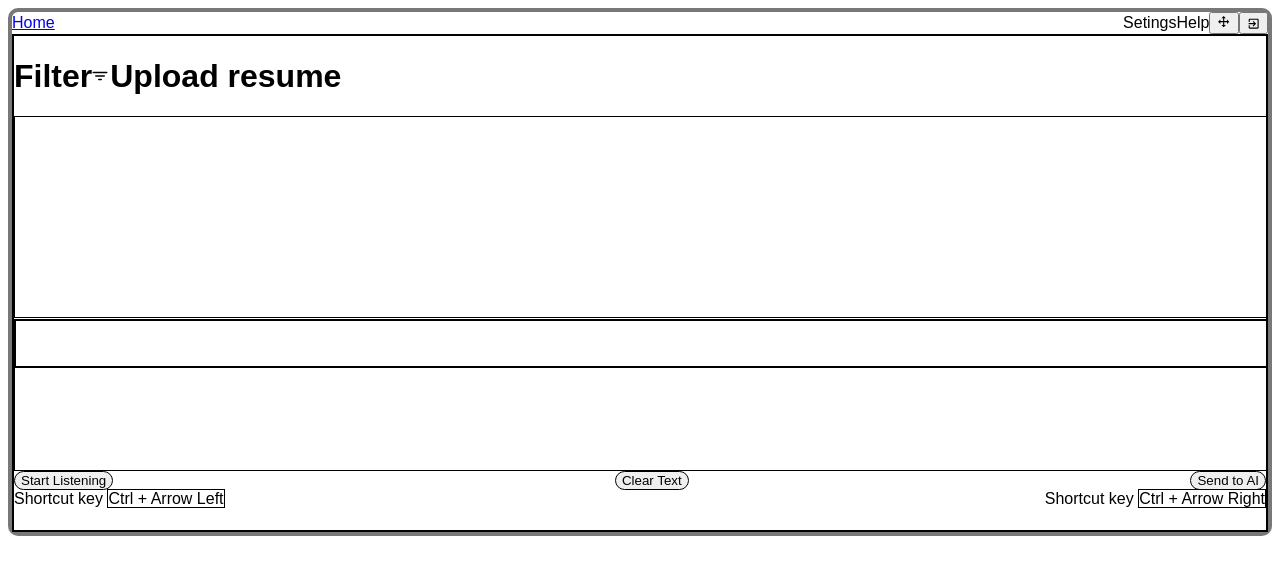
Repository: stevenreas09-coder/ai-assistance
Page: /speech
The author's editor kept a copy of each file at every save. The page is drawn from the files as they stood at one save, then again after the next save.
The browser window is 1280 px wide. The pictures show the whole page.
An inner scrolling area shows only its first screen. The project was rebuilt for these pictures with package versions that can differ from the ones it lists, and the page was loaded fresh each time. The framework's server and built-in components were replaced by stand-ins that run in the browser. Also part of the build but not shown: next.config.ts.

Above is the page before, as saved 2025-12-17 04:18:17.

After the next save:
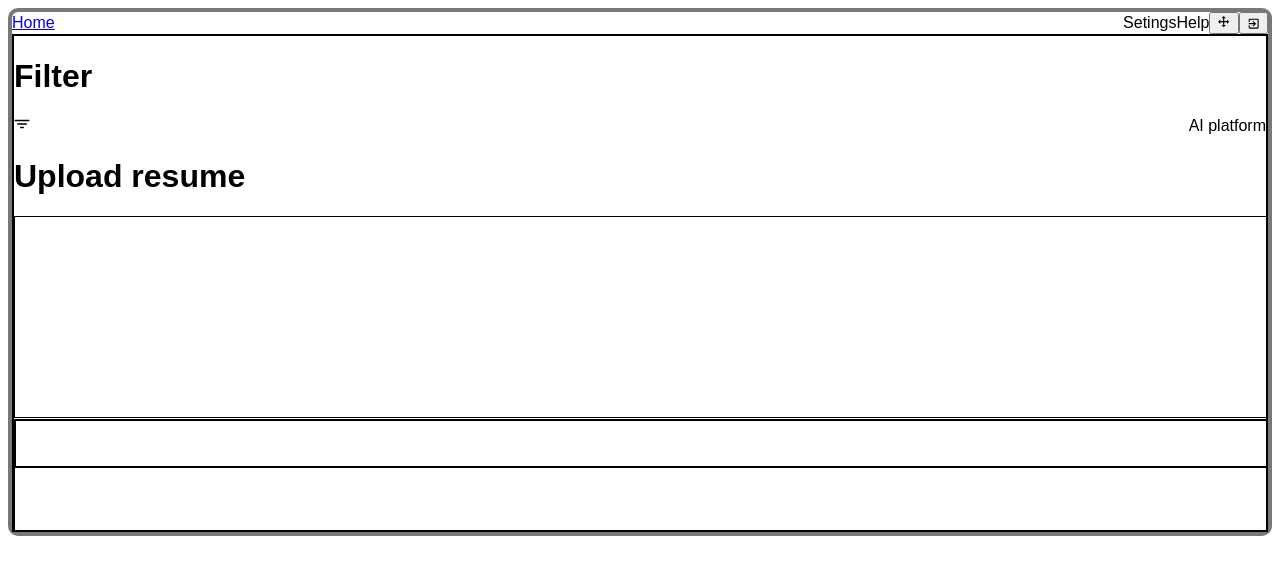
Saved 9 min 23 s later.
--- a/app/speech/page.tsx
+++ b/app/speech/page.tsx
@@ -176,11 +176,18 @@ export default function Example() {
   return (
     <div className="flex flex-col px-4 py-1 bg-white/50 text-xs text-black ">
       {/* Top controls */}
-      <div className="flex items-center gap-2">
-        <h1>Filter</h1>
-        <IoFilter />
-        <div className="w-1 h-4 border-r-2 border-black"></div>
-        <h1>Upload resume</h1>
+      <div className="flex justify-between items-center gap-2">
+        <div className="">
+          <h1>Filter</h1>
+          <IoFilter />
+          <div className="w-1 h-4 border-r-2 border-black"></div>
+          <h1>Upload resume</h1>
+        </div>
+        <div>
+          {model && model.length > 0
+            ? `Platform provider: ${model}`
+            : "AI platform"}
+        </div>
       </div>
 
       {/* Main content */}
